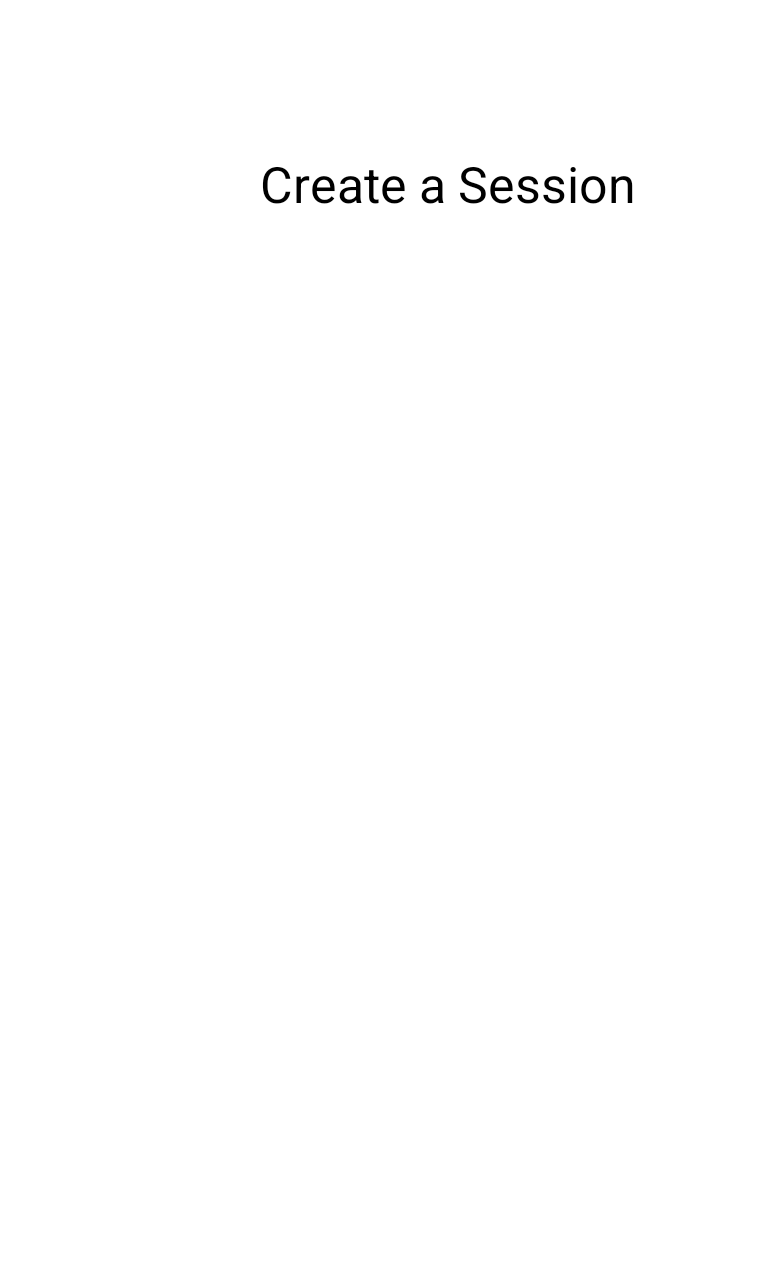
Repository: vnataraj/groupnote
Layout: GroupNote/res/layout/create_session.xml
These files come from the project's save history. The layout is drawn as it stood at one moment and after the next save; the edit follows.
It is drawn on a 768 x 1280 px phone screen (xhdpi) without system bars, with theme AppTheme; the app's code is not run.

Above is the layout before, as saved 2013-03-19 19:52:51.

### GroupNote/res/layout/create_session.xml
<RelativeLayout xmlns:android="http://schemas.android.com/apk/res/android"
    xmlns:tools="http://schemas.android.com/tools"
    android:layout_width="match_parent"
    android:layout_height="match_parent"
    tools:context=".MainActivity" >

    <TextView
        android:id="@+id/textView1"
        android:layout_width="wrap_content"
        android:layout_height="wrap_content"
        android:layout_alignParentLeft="true"
        android:layout_alignParentTop="true"
        android:layout_marginLeft="130dp"
        android:layout_marginTop="75dp"
        android:text="Create a Session"
        android:textAppearance="?android:attr/textAppearanceLarge"
        android:textSize="25dp" />

</RelativeLayout>

Loaded but not shown: GroupNote/res/values/styles.xml (common file); GroupNote/res/values-v11/styles.xml (common file); GroupNote/res/values-v14/styles.xml (common file)

After the next save:
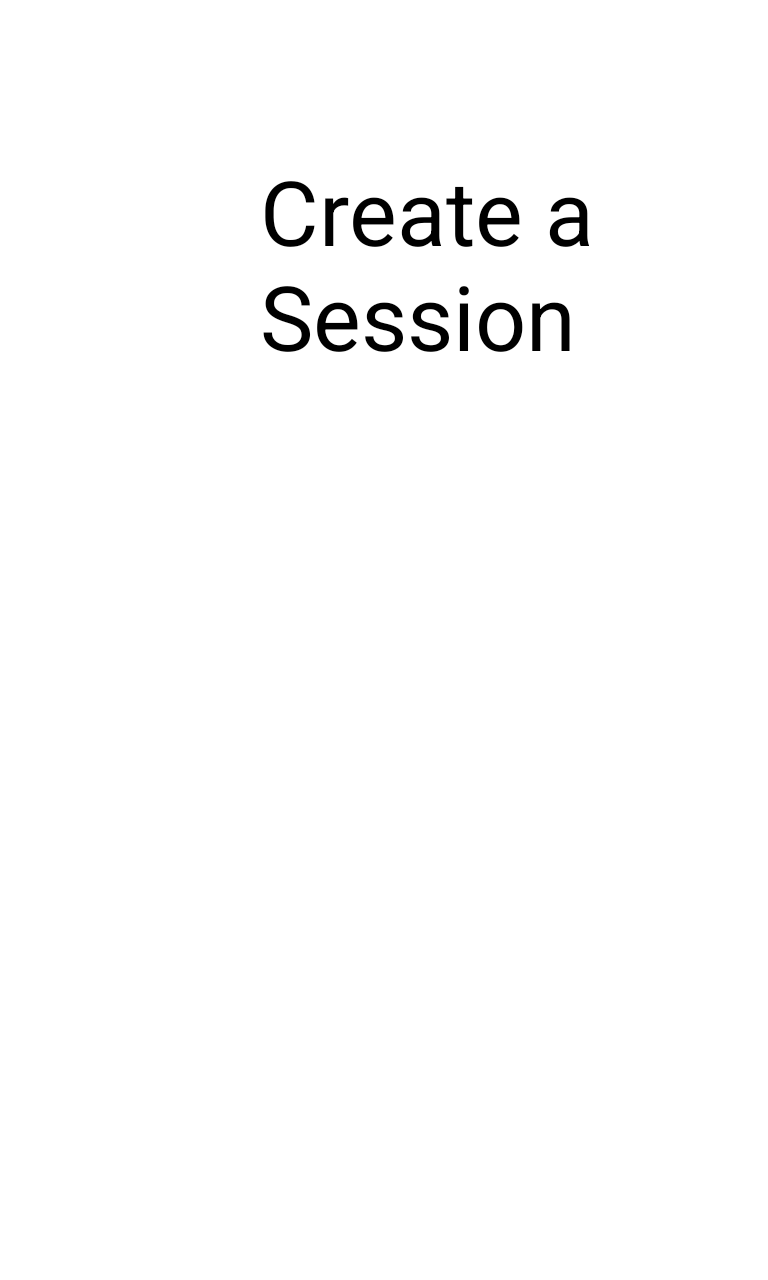
Saved 8 s later.
--- a/GroupNote/res/layout/create_session.xml
+++ b/GroupNote/res/layout/create_session.xml
@@ -14,6 +14,6 @@
         android:layout_marginTop="75dp"
         android:text="Create a Session"
         android:textAppearance="?android:attr/textAppearanceLarge"
-        android:textSize="25dp" />
+        android:textSize="45dp" />
 
 </RelativeLayout>
